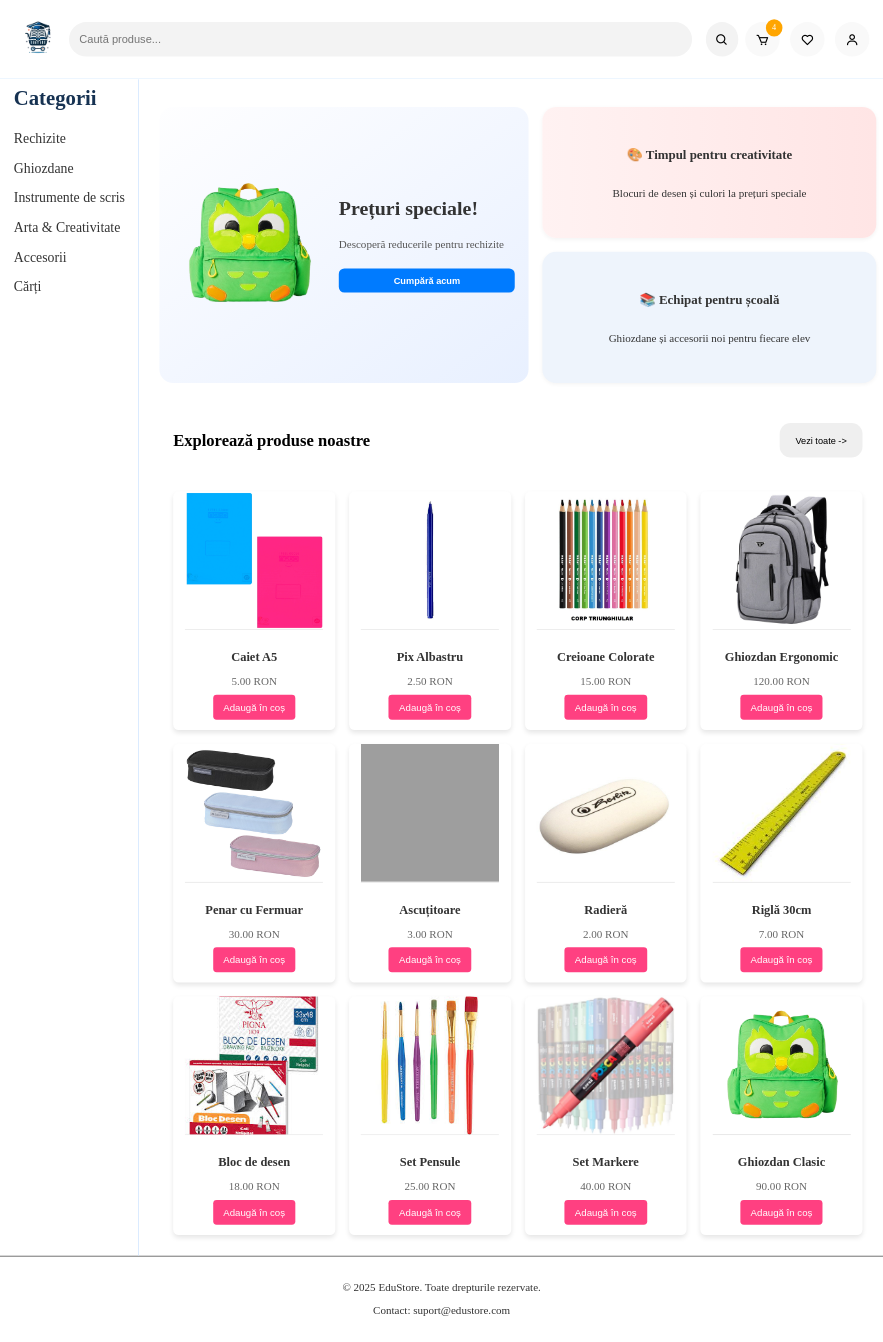
Repository: Roxana5504/WebDev-Project
Page: frontend/index.html
The author's editor kept a copy of each file at every save. The page is drawn from the files as they stood at one save, then again after a run of saves.
The browser window is 1280 px wide. The pictures show the whole page, at 69% of full size.
Pictures or frames that could not be fetched are drawn as grey boxes.

Above is the page before, as saved 2025-04-23 17:11:46.

### frontend/index.html
<!DOCTYPE html>
<html lang="ro">
  <head>
    <meta charset="UTF-8" />
    <meta name="viewport" content="width=device-width, initial-scale=1.0" />
    <title>Căutare Produse</title>
    <link rel="stylesheet" href="/styles.css" />
    <link
      href="https://cdn.jsdelivr.net/npm/boxicons@2.1.4/css/boxicons.min.css"
      rel="stylesheet"
    />
  </head>

  <body>
    <header class="container-header">
      <div class="logo">
        <img src="/backend/images/logoDWS.png" alt="EduStore" />
      </div>

      <div class="search-bar">
        <button class="sidebar-toggle" id="sidebar-toggle">
          <i class="bx bx-menu"></i>
        </button>
        <input type="text" id="search-input" placeholder="Caută produse..." />
        <button class="search-btn" id="search-btn">
          <i class="bx bx-search"></i>
        </button>
      </div>

      <div class="header-icons">
        <div class="header-icon">
          <span class="cart-items">4</span>
          <i class="bx bx-cart"></i>
        </div>
        <div class="header-icon">
          <i class="bx bx-heart"></i>
        </div>
        <div class="header-icon profile">
          <i class="bx bx-user"></i>
        </div>
      </div>
    </header>

    <div class="main-content">
      <aside class="sidebar">
        <div>
          <h2>Categorii</h2>
          <ul>
            <li>Rechizite</li>
            <li>Ghiozdane</li>
            <li>Instrumente de scris</li>
            <li>Arta & Creativitate</li>
            <li>Accesorii</li>
            <li>Cărți</li>
          </ul>
        </div>
      </aside>

      <div class="container">
        <section class="banner">
          <div class="banner-left">
            <div class="banner-left-content">
              <div class="img-cont">
                <img src="/backend/images/gh.jpg" alt="Oferta specială" />
              </div>

              <div class="banner-text">
                <h2>Prețuri speciale!</h2>
                <p>Descoperă reducerile pentru rechizite</p>
                <button class="buy-now-btn" id="buy-now-btn">
                  Cumpără acum
                </button>
              </div>
            </div>
          </div>

          <div class="banner-right">
            <div class="banner-right-up">
              <h3>🎨 Timpul pentru creativitate</h3>
              <p>Blocuri de desen și culori la prețuri speciale</p>
            </div>
            <div class="banner-right-down">
              <h3>📚 Echipat pentru școală</h3>
              <p>Ghiozdane și accesorii noi pentru fiecare elev</p>
            </div>
          </div>
        </section>

        <section class="products">
          <div class="products-explore-line">
            <h2>Explorează produse noastre</h2>
            <button class="all-products-button">Vezi toate -></button>
          </div>
          <div id="product-list" class="product-list"></div>
        </section>
      </div>
    </div>
    <footer>
      <p>&copy; 2025 EduStore. Toate drepturile rezervate.</p>
      <p>Contact: suport@edustore.com</p>
    </footer>
    <script src="script.js"></script>
  </body>
</html>

### frontend/styles.css
/*CSS Roxana*/
html,
body {
  height: 100%;
  margin: 0;
  padding: 0;
}

.modal-overlay {
  position: fixed;
  top: 0;
  left: 0;
  right: 0;
  bottom: 0;
  background: rgba(0, 0, 0, 0.6);
  display: flex;
  align-items: center;
  justify-content: center;
  padding: 20px;
  z-index: 9999;
  overflow-y: auto;
  box-sizing: border-box;
}

.modal-content {
  display: flex;
  flex-direction: column;
  background: white;
  padding: 20px;
  border-radius: 10px;
  max-width: 800px;
  width: 100%;
  max-height: 90vh;
  overflow-y: auto;
  position: relative;
  box-sizing: border-box;
  align-items: center;
}

.modal-buttons {
  align-items: center;
  display: flex;
  gap: 10px;
  margin-top: 20px;
}

.modal-content button {
  background-color: black;
  color: white;
  font-weight: bold;
  border: none;
  padding: 12px 16px;
  border-radius: 5px;
}

.close-btn {
  position: absolute;
  top: 10px;
  right: 15px;
  font-size: 24px;
  cursor: pointer;
  color: red;
}

.modal-products {
  display: flex;
  flex-wrap: wrap;
  gap: 20px;
}

.modal-product-card {
  width: 200px;
  border: 1px solid #eee;
  border-radius: 10px;
  padding: 10px;
  text-align: center;
}

.modal-product-card img {
  max-width: 100%;
  height: auto;
  border-radius: 5px;
}

.container-header {
  position: sticky;
  top: 0px;
  background-color: white;
  z-index: 98;
  padding: 20px;
  display: flex;
  align-items: center;
  justify-content: space-between;
  width: 100%;
  box-sizing: border-box;
  flex-wrap: wrap;
  gap: 10px;
  border-bottom: 1px solid rgb(203, 227, 255);
}

.logo img {
  height: 70px;
  cursor: pointer;
}

.search-bar {
  flex: 1;
  gap: 20px;
  display: flex;
  align-items: center;
  position: relative;
  max-width: 1000px;
}

.search-btn {
  width: 50px;
  height: 50px;
  border-radius: 100%;
  border: none;
  background-color: #f3f3f3;
  display: flex;
  justify-content: center;
  align-items: center;
  cursor: pointer;
  font-size: 20px;
}

.search-bar input {
  min-width: 200px;
  width: 100%;
  height: 50px;
  padding: 10px 15px;
  border-radius: 50px;
  border: none;
  background-color: #f3f3f3;
  font-size: 16px;
  outline: none;
  box-sizing: border-box;
}

.header-icons {
  display: flex;
  align-items: center;
  gap: 15px;
}

.header-icon {
  position: relative;
  width: 50px;
  height: 50px;
  background-color: #f9f9f9;
  border-radius: 50%;
  display: flex;
  justify-content: center;
  align-items: center;
  cursor: pointer;
}

.header-icon i {
  font-size: 20px;
  color: black;
}

.cart-items {
  position: absolute;
  top: -4px;
  right: -4px;
  background-color: orange;
  color: white;
  font-size: 12px;
  border-radius: 100%;
  padding: 5px 9px;
}

.main-content {
  display: flex;
  flex: 1;
  box-sizing: border-box;
  justify-content: left;
}

.container {
  flex: 1;
  width: 100%;
  margin: 0px auto;
  display: flex;
  flex-direction: column;
  padding: 10px;
  max-width: 1200px;
  box-sizing: border-box;
  justify-content: flex-start;
}

.sidebar {
  position: relative;
  height: auto;
  width: 200px;
  padding-right: 0px;
  margin-right: 20px;
  border-right: 1px solid rgb(203, 227, 255);
}

.sidebar div {
  position: sticky;
  top: 0px;
  background-color: white;
  z-index: 99;
}

.sidebar h2 {
  padding: 10px 0 10px 20px;
  font-size: 30px;
  font-weight: bold;
  margin-top: 0px;
  color: rgb(22, 50, 82);
  margin-bottom: 10px;
}

.sidebar ul {
  list-style: none;
  padding: 0;
  margin: 0;
  margin-left: 20px;
}

.sidebar ul li {
  padding: 10px 0;
  font-size: 20px;
  color: #333;
  cursor: pointer;
  transition: color 0.3s ease;
}

.sidebar ul li:hover {
  color: #0d4e5a;
}

.sidebar-toggle {
  background: none;
  border: none;
  font-size: 25px;
  cursor: pointer;
  display: none;
}

.banner {
  display: flex;
  flex-wrap: wrap;
  gap: 20px;
  margin: 30px 0;
  width: 100%;
}

.banner-left {
  box-sizing: border-box;
  background: linear-gradient(to bottom right, #fefeff, #e8f0ff);
  border-radius: 20px;
  padding: 20px;
  position: relative;
  display: flex;
  align-items: center;
  justify-content: space-between;
  flex: 1 1 50%;
}

.banner-left-content {
  display: flex;
  gap: 20px;
  align-items: center;
  flex-wrap: wrap;
  width: 100%;
  max-width: 500px;
}

.banner-left-content img {
  width: 100%;
  max-width: 220px;
  height: auto;
  border-radius: 10px;
  object-fit: cover;
}

.banner-text {
  flex: 1;
  display: flex;
  flex-direction: column;
  gap: 10px;
}

.banner-text h2 {
  font-size: 1.8rem;
  color: #333;
  margin: 0;
}

.banner-text p {
  font-size: 1rem;
  color: #555;
}

.buy-now-btn {
  background-color: #007bff;
  color: white;
  border: none;
  padding: 10px 16px;
  border-radius: 8px;
  font-weight: bold;
  cursor: pointer;
  transition: background 0.3s ease;
}

.buy-now-btn:hover {
  background-color: #0056b3;
}

.banner-right {
  flex: 1 1 45%;
  display: flex;
  flex-direction: column;
  justify-content: space-between;
  gap: 20px;
  min-width: 300px;
}

.banner-right-up,
.banner-right-down {
  border-radius: 20px;
  padding: 20px;
  text-align: center;
  min-height: 150px;
  display: flex;
  flex-direction: column;
  justify-content: center;
  box-shadow: 0 2px 6px rgba(0, 0, 0, 0.05);
}

.banner-right-up {
  background: linear-gradient(to right, #fff2f2, #ffe5e5);
  color: #333;
}

.banner-right-down {
  background: #eef4fc;
  color: #333;
}

footer {
  text-align: center;
  padding: 20px;
  border-top: 1px solid #333;
  color: #333;
  background-color: white;
}

.products-explore-line {
  display: flex;
  justify-content: space-between;
  width: 100%;
  box-sizing: border-box;
  align-items: center;
  padding: 20px;
}

.all-products-button {
  border: none;
  border-radius: 16px;
  padding: 0px 10px;
  width: 120px;
  height: 50px;
  cursor: pointer;
}

@media (max-width: 768px) {
  .search-bar {
    gap: 10px;
    width: 100%;
    margin: 0px;
    order: 1;
    display: flex;
    justify-content: center;
  }

  .search-bar input {
    flex: 1;
    margin: 0 10px;
  }

  .banner {
    flex-direction: column;
  }

  .banner-left {
    width: 100%;
    flex: none;
  }

  .banner-right {
    flex-direction: row;
    flex-wrap: wrap;
    width: 100%;
    gap: 20px;
  }

  .banner-right-up,
  .banner-right-down {
    flex: 1 1 48%;
    min-width: 48%;
    padding: 15px;
  }
}

@media (max-width: 600px) {
  .modal-products {
    flex-direction: column;
    align-items: center;
  }

  .modal-product-card {
    width: 100%;
    max-width: 300px;
  }
  .sidebar {
    width: 30%;
    z-index: 99;
    transform: translateX(-100%);
    display: none;
  }

  .sidebar-toggle {
    display: block;
  }

  .sidebar.open {
    transform: translateX(0);
    display: block;
  }

  .sidebar h2 {
    font-size: 22px;
  }

  .sidebar ul li {
    font-size: 16px;
  }
}

/*Sfarsit CSS Roxana*/

.product-list {
  display: grid;
  grid-template-columns: repeat(auto-fit, minmax(220px, 1fr));
  gap: 20px;
  padding: 20px;
}

.product-card {
  background: white;
  border-radius: 8px;
  box-shadow: 0px 4px 8px rgba(0, 0, 0, 0.1);
  overflow: hidden;
  text-align: center;
  transition: transform 0.2s ease-in-out;
}

.product-card:hover {
  transform: scale(1.05);
}

.product-card img {
  width: 100%;
  height: 200px;
  object-fit: cover;
  border-bottom: 1px solid #ddd;
}

.product-card .product-info {
  padding: 15px;
}

.product-card h3 {
  font-size: 18px;
  margin: 10px 0;
  color: #333;
}

.product-card p {
  font-size: 16px;
  color: #666;
  margin-bottom: 10px;
}

.product-card button {
  background: #ff4081;
  color: white;
  border: none;
  padding: 10px 15px;
  border-radius: 5px;
  cursor: pointer;
  font-size: 14px;
  transition: background 0.3s;
}

.product-card button:hover {
  background: #e6006e;
}

@media (max-width: 768px) {
  .product-list {
    grid-template-columns: repeat(auto-fit, minmax(180px, 1fr));
  }
}

### frontend/script.js
//Roxana
document.addEventListener("DOMContentLoaded", function () {
  const categoryItems = document.querySelectorAll("aside li")
  const productList = document.getElementById("product-list")
  let products = []

  fetch("/products.json")
    .then((response) => {
      if (!response.ok) {
        throw new Error("Eroare la încărcarea fișierului products.json")
      }
      return response.json()
    })
    .then((data) => {
      products = data.products.map((product) => {
        const name = product.name.toLowerCase()
        let category = "altele"

        if (name.includes("ghiozdan")) category = "ghiozdane"
        else if (
          name.includes("pix") ||
          name.includes("creion") ||
          name.includes("marker") ||
          name.includes("pensul")
        )
          category = "arta-creativitate"
        else if (
          name.includes("radier") ||
          name.includes("ascuțitoare") ||
          name.includes("rigl")
        )
          category = "accesorii"
        else if (
          name.includes("caiet") ||
          name.includes("penar") ||
          name.includes("bloc")
        )
          category = "rechizite"

        return { ...product, category }
      })

      renderProducts()
    })
    .catch((error) => {
      console.error("Eroare la încărcare produse:", error)
    })

  function renderProducts() {
    productList.innerHTML = ""
    products.forEach((product) => {
      const productCard = document.createElement("div")
      productCard.classList.add("product-card")
      productCard.setAttribute("data-category", product.category)
      productCard.innerHTML = `
        <img src="${product.image}" alt="${
        product.name
      }" style="width: 200px; height: 200px; object-fit: cover;">
        <div class="product-info">
          <h3>${product.name}</h3>
          <p>${product.price.toFixed(2)} RON</p>
          <button>Adaugă în coș</button>
        </div>
      `
      productList.appendChild(productCard)
    })
  }

  categoryItems.forEach((item) => {
    item.addEventListener("click", function () {
      const category = this.textContent
        .trim()
        .toLowerCase()
        .replace(/\s+/g, "-")
      const productCards = document.querySelectorAll(".product-card")

      productCards.forEach((product) => {
        if (
          product.getAttribute("data-category") === category ||
          category === "toate"
        ) {
          product.style.display = "flex"
        } else {
          product.style.display = "none"
        }
      })
    })
  })
})

document.getElementById("search-btn").addEventListener("click", () => {
  const query = document.getElementById("search-input").value.trim()

  fetch(`/products/${query}`)
    .then((res) => {
      if (!res.ok) throw new Error("Server error: " + res.status)
      return res.json()
    })
    .then((data) => {
      if (data.length > 0) {
        showModalWithProducts(data)
      } else {
        showNoProductFoundModal(query)
      }
    })
    .catch((err) => {
      console.error("Eroare:", err)
    })
})

document.getElementById("buy-now-btn").addEventListener("click", () => {
  const query = "Ghiozdan Clasic"
  fetch(`/products/${query}`)
    .then((res) => {
      if (!res.ok) throw new Error("Server error: " + res.status)
      return res.json()
    })
    .then((data) => {
      if (data.length > 0) {
        showModalWithProducts(data)
      } else {
        showNoProductFoundModal(query)
      }
    })
    .catch((err) => {
      console.error("Eroare:", err)
    })
})

function showModalWithProducts(products) {
  let modalHTML = `
      <div id="product-modal" class="modal-overlay">
        <div class="modal-content">
          <span class="close-btn" onclick="closeModal()">&times;</span>
          <h2>Rezultate Căutare</h2>
          <div class="modal-products">
    `

  products.forEach((product) => {
    modalHTML += `
        <div class="modal-product-card">
          <img src="${product.image}" alt="${product.name}" />
          <h3>${product.name}</h3>
          <p>Preț: ${product.price} lei</p>
          <p>Cantitate: ${product.quantity ?? "Nespecificat"}</p>
        </div>
      `
  })

  modalHTML += `
          </div>
        </div>
      </div>
    `

  document.body.insertAdjacentHTML("beforeend", modalHTML)
}

function showNoProductFoundModal(query) {
  const modalHTML = `
      <div id="product-modal" class="modal-overlay">
        <div class="modal-content">
          <span class="close-btn" onclick="closeModal()">&times;</span>
          <h2>Produs negăsit</h2>
          <p>Nu am găsit produsul <strong>"${query}"</strong>.</p>
          <p>Dorești să îl adaugi în magazin?</p>
          <div class="modal-buttons">
          <button onclick="openAddProductForm('${query}')">Adaugă produs</button>
          <button onclick="closeModal()">Încearcă din nou</button></div>
        </div>
      </div>
    `
  document.body.insertAdjacentHTML("beforeend", modalHTML)
}

function closeModal() {
  const modal = document.getElementById("product-modal")
  if (modal) modal.remove()
}

const sidebarToggle = document.getElementById("sidebar-toggle")
const sidebar = document.querySelector(".sidebar")

sidebarToggle.addEventListener("click", () => {
  sidebar.classList.toggle("open")
})
//Sfarsit cod Roxana

### backend/products.json
{
  "products": [
    { "name": "Caiet A5", "price": 5.0, "image": "/backend/images/caiet.jpg" },
    {
      "name": "Pix Albastru",
      "price": 2.5,
      "image": "/backend/images/pix.jpg",
      "quantity": 20
    },
    {
      "name": "Creioane Colorate",
      "price": 15.0,
      "image": "/backend/images/creioane.jpg",
      "quantity": 20
    },
    {
      "name": "Ghiozdan Ergonomic",
      "price": 120.0,
      "image": "/backend/images/ghiozdan.jpg",
      "quantity": 20
    },
    {
      "name": "Penar cu Fermuar",
      "price": 30.0,
      "image": "/backend/images/penar.jpg",
      "quantity": 20
    },
    {
      "name": "Ascuțitoare",
      "price": 3.0,
      "image": "/backend/images/ascutitoare.jpg",
      "quantity": 20
    },

    {
      "name": "Radieră",
      "price": 2.0,
      "image": "/backend/images/radiera.jpg",
      "quantity": 20
    },
    {
      "name": "Riglă 30cm",
      "price": 7.0,
      "image": "/backend/images/rigla.jpg",
      "quantity": 20
    },
    {
      "name": "Bloc de desen",
      "price": 18.0,
      "image": "/backend/images/blocdesen.jpg",
      "quantity": 20
    },
    {
      "name": "Set Pensule",
      "price": 25.0,
      "image": "/backend/images/pensule.jpg",
      "quantity": 20
    },
    {
      "name": "Set Markere",
      "price": 40.0,
      "image": "/backend/images/markere.jpg",
      "quantity": 20
    },
    {
      "name": "Ghiozdan Clasic",
      "price": 90.0,
      "image": "/backend/images/gh.jpg",
      "quantity": 20
    }
  ]
}

After the next 3 saves:
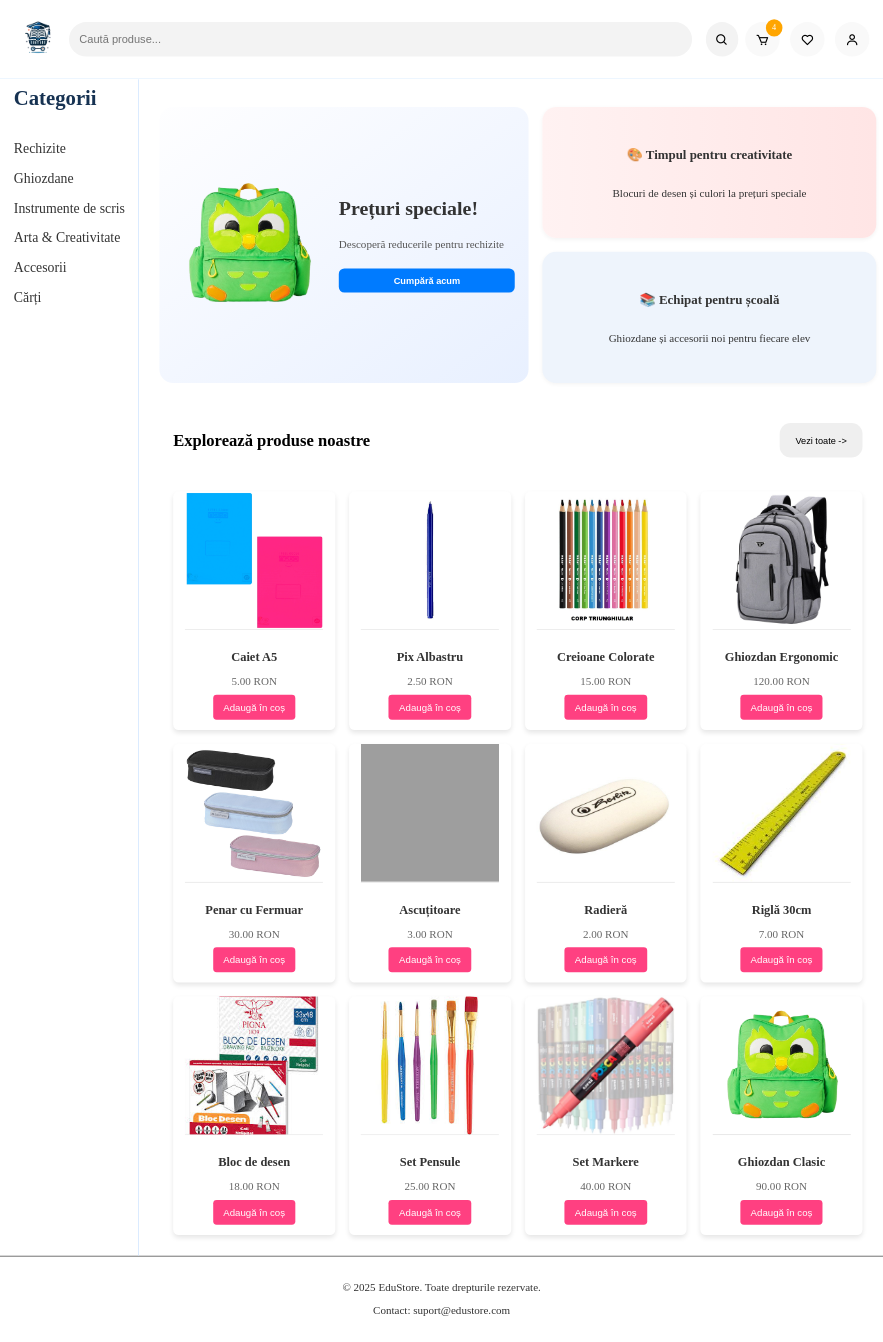
The 3 saves are shown as one change because they came seconds apart.
The last was saved 13 s later.
--- a/frontend/styles.css
+++ b/frontend/styles.css
@@ -213,7 +213,6 @@ body {
   font-weight: bold;
   margin-top: 0px;
   color: rgb(22, 50, 82);
-  margin-bottom: 10px;
 }
 
 .sidebar ul {
